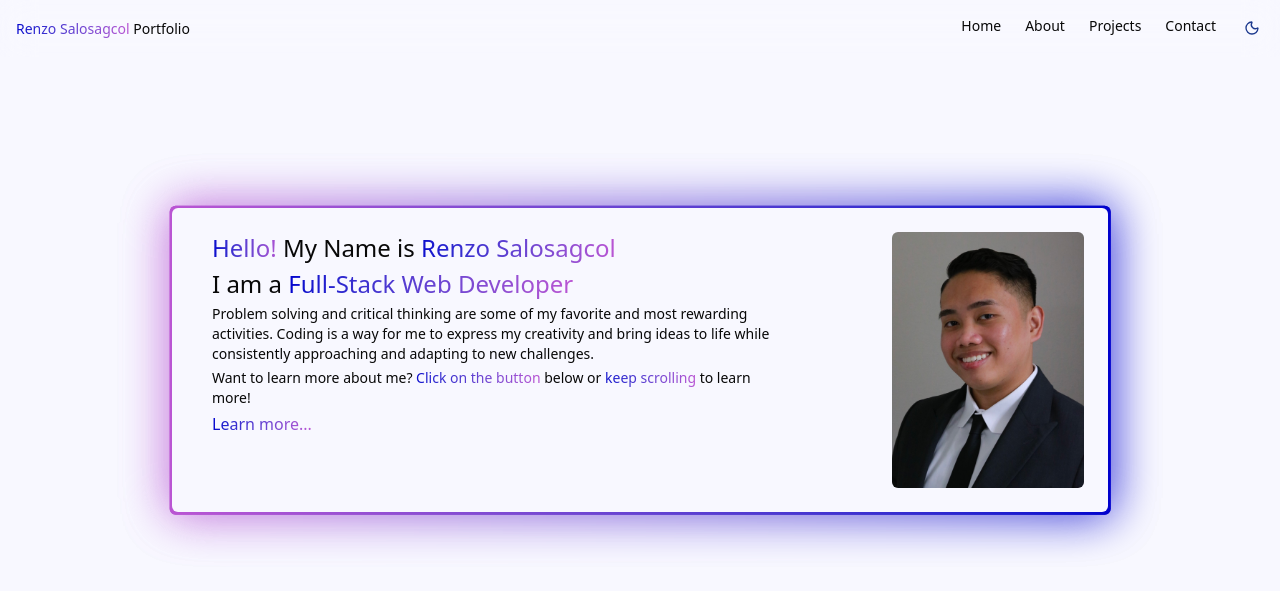
Repository: Renzo-Salosagcol/Updated_Personal_Portfolio
Page: /
These files come from the project's save history. The page is drawn as it stood at one moment and after the next save; the edit follows.
The browser window is 1280 px wide. The pictures show the whole page.
The project was rebuilt for these pictures with package versions that can differ from the ones it lists, and the page was loaded fresh each time. Also part of the build but not shown: vite.config.js, src/pages/NotFound.jsx.

Above is the page before, as saved 2025-10-09 20:51:49.

### index.html
<!doctype html>
<html lang="en">
  <head>
    <meta charset="UTF-8" />
    <link rel="icon" type="image/svg+xml" href="/vite.svg" />
    <meta name="viewport" content="width=device-width, initial-scale=1.0" />
    <title>updated-personal-portfolio</title>
  </head>
  <body>
    <div id="root"></div>
    <script type="module" src="/src/main.jsx"></script>
  </body>
</html>

### src/index.css
@import "tailwindcss";

@theme {
  --color-background: var(--background);
  --color-foreground: var(--foreground);

  --color-primary: var(--primary);
  --color-secondary: var(--secondary);

  --animate-fade-in: fade-in 1s ease-in forwards;
}

@layer base {
  /* Light Theme */
  :root {
    --background: #f8f8ff; /* Ghost White */
    --foreground: #080808; /* Vampire Black */

    --primary: #0000cd; /* Medium Blue */
    --secondary: #ba55d3; /* Medium Orchid */
  }

  /* Dark Theme */
  .dark {
    --background: #080808; /* Vampire Black */
    --foreground: #f8f8ff; /* Ghost White */

    --primary: #ff0800; /* Candy Apple Red */
    --secondary: #fefc22; /* Laser Lemon */
  }

  html {
    @apply scroll-smooth;
  }

  body {
    @apply bg-background text-foreground transition-colors duration-300;
  }
}

@property --gradient-angle {
  syntax: "<angle>";
  initial-value: 0deg;
  inherits: false;
}

@keyframes spin {
  from {
    --gradient-angle: 0deg;
  }
  to {
    --gradient-angle: 360deg;
  }
}

@keyframes fade-in {
  0% {
    opacity: 0;
    transform: translateY(20px);
  }
  100% {
    opacity: 1;
    transform: translateY(0);
  }
}

@utility container {
  margin-inline: auto;
  padding-inline: 1rem;
}

@utility after-gradient-border {
  @apply absolute h-[101.5%] w-[100.5%] top-1/2 left-1/2 -translate-x-1/2 -translate-y-1/2 rounded-md -z-10 bg-gradient-to-l from-primary to-secondary;
  content: '';
  /* animation: 3s spin linear infinite; */
}

@utility before-gradient-border {
  @apply after-gradient-border;
  filter: blur(1.5rem);
  opacity: 0.5;
}

@utility gradient-text {
  @apply text-transparent bg-clip-text bg-gradient-to-r from-primary to-secondary transition-colors duration-300;
}

@utility gradient-button {
  @apply flex justify-center items-center rounded-full py-[1em] px-[2em] bg-gradient-to-l from-primary to-secondary hover:cursor-pointer;
}

@utility gradient-button-inner {
  @apply flex h-full w-full items-center justify-center rounded-full bg-background gradient-text z-10
}

@utility gradient-border {
  @apply after:after-gradient-border before:before-gradient-border
}

@utility glassmorphism {
  @apply bg-background/30 backdrop-blur-lg
}

### src/App.jsx
import { BrowserRouter, Routes, Route } from "react-router-dom"
import { Home } from "./pages/Home"
import { NotFound } from "./pages/NotFound"

function App() {
  return (
    <BrowserRouter>
      <Routes>
        <Route path="/" element={<Home />} />
        <Route path="*" element={<NotFound />} />
      </Routes>
    </BrowserRouter>
  )
}

export default App

### src/pages/Home.jsx
import { Background } from "../components/Background"
import { Navbar } from "../components/Navbar"
import { Hero } from "../components/Hero"

export const Home = () => {
  return (
    <div id="home" className="w-full h-screen">
      {/* Background */}
      <Background />


      {/* Navbar */}
      <Navbar />

      {/* Main */}
      <Hero />

      {/* Footer */}
    </div>
  )
}

### src/components/Background.jsx


export const Background = () => {
  return (
    <div className="fixed inset-0 overflow-hidden pointer-events-none -z-40 bg-background w-screen h-screen">
    </div>
  )
}

### src/components/Navbar.jsx
import { ThemeToggle } from './ThemeToggle'

const items = [
  { name: 'Home', href: '#home' },
  { name: 'About', href: '#about' },
  { name: 'Projects', href: '#projects' },
  { name: 'Contact', href: '#contact' },
]

export const Navbar = () => {
  return (
    <nav className="fixed top-0 left-0 w-full p-2 flex items-center justify-between glassmorphism z-40 text-sm md:text-md text-foreground">
      <a href="#home" className="p-2"><span className="gradient-text">Renzo Salosagcol</span> Portfolio</a>
      <ul className="flex gap-6 p-2">
        {items.map(item => (
          <li key={item.name}
            className="hover:gradient-text transition-all duration-300 relative">
            <a href={item.href}>{item.name}</a>
          </li>
        ))}
        <li><ThemeToggle /></li>
      </ul>
    </nav>
  )
}

### src/components/Hero.jsx


export const Hero = () => {
  return (
    <main className="relative min-h-screen flex items-center justify-center max-w-10/12 rounded-md container z-0">
      <div className="z-0 relative gradient-border opacity-0 animate-fade-in">
        <div className="w-full h-full relative container flex justify-between gap-6 rounded-md p-6 bg-background">
          <div className="container flex flex-col gap-1">
            <h1 className="text-lg md:text-xl lg:text-2xl">
              <span className="gradient-text">Hello! </span>
              My Name is
              <span className="gradient-text"> Renzo Salosagcol</span>
            </h1>
            <h1 className="text-lg md:text-xl lg:text-2xl">I am a <span className="gradient-text">Full-Stack Web Developer</span></h1>
            <h3 className="w-md md:w-lg lg:w-xl text-sm">Problem solving and critical thinking are some of my favorite and most rewarding activities. Coding is a way for me to express my creativity and bring ideas to life while consistently approaching and adapting to new challenges.</h3>
            <h3 className="w-md md:w-lg lg:w-xl text-sm">Want to learn more about me?
              <span className="gradient-text"> Click on the button</span> below or
              <span className="gradient-text"> keep scrolling</span> to learn more!
            </h3>
            <a
              href="#about"
            >
              <button className="gradient-border gradient-text">
                Learn more...
              </button>
            </a>
          </div>
          <div>
            <img
            src="../../headshot.jpeg"
            alt="Headshot Photo"
            className="rounded-md w-64 h-64 object-cover"
            />
          </div>
      </div>
      </div>
    </main>
  )
}

### src/components/ThemeToggle.jsx
import { useState, useEffect } from "react"
import { Sun, Moon } from "lucide-react"

export const ThemeToggle = () => {
  const [isDark, setIsDark] = useState(false)

  useEffect(() => {
    const theme = localStorage.getItem("theme")
    if (theme) {
      setIsDark(theme === "dark")
      document.documentElement.classList.toggle("dark", theme === "dark")
    }
  }, [])

  const toggleTheme = () => {
    setIsDark(!isDark)
    document.documentElement.classList.toggle("dark", !isDark)
    localStorage.setItem("theme", !isDark ? "dark" : "light")
  }

  return (
    <button
      onClick={toggleTheme}
      className="max-sm:hidden p-1 z-50 rounded-full transition-color duration-300 focus:outline-hidden hover:cursor-pointer"
    >
      {isDark ? (
        <Sun className="h-4 w-4 text-yellow-300" />
      ) : (
        <Moon className="h-4 w-4 text-blue-900" />
      )}
    </button>

  )
}

Loaded but not shown: src/main.jsx (common file)

After the next save:
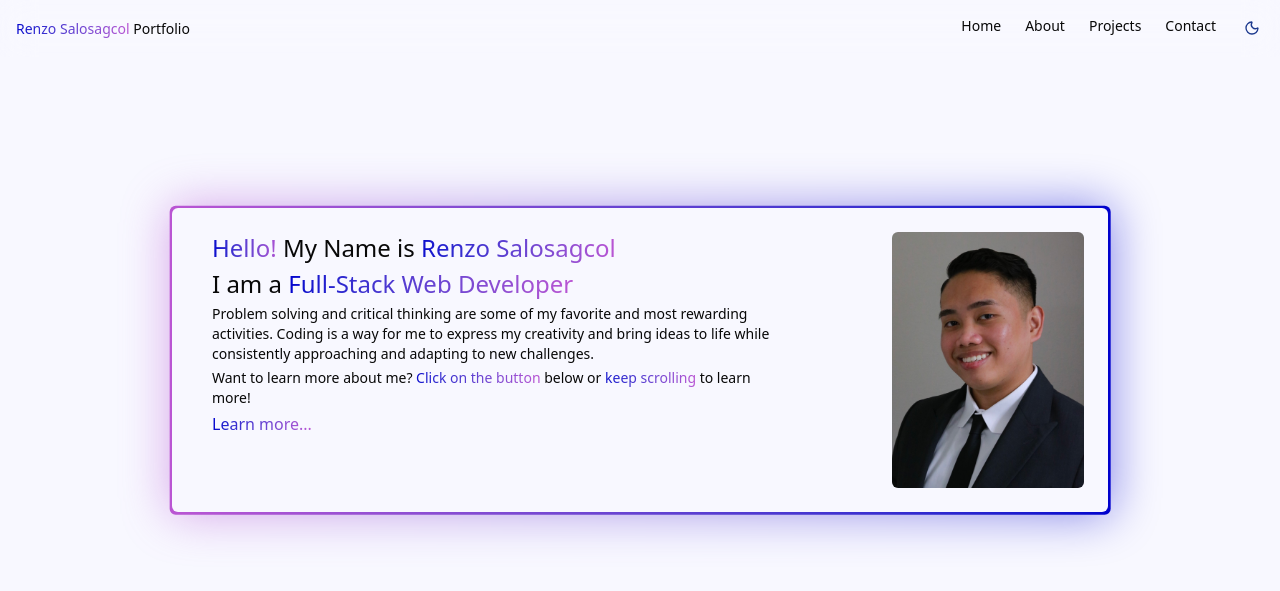
Saved 14 s later.
--- a/src/components/Hero.jsx
+++ b/src/components/Hero.jsx
@@ -19,6 +19,7 @@ export const Hero = () => {
             </h3>
             <a
               href="#about"
+              className="relative"
             >
               <button className="gradient-border gradient-text">
                 Learn more...
